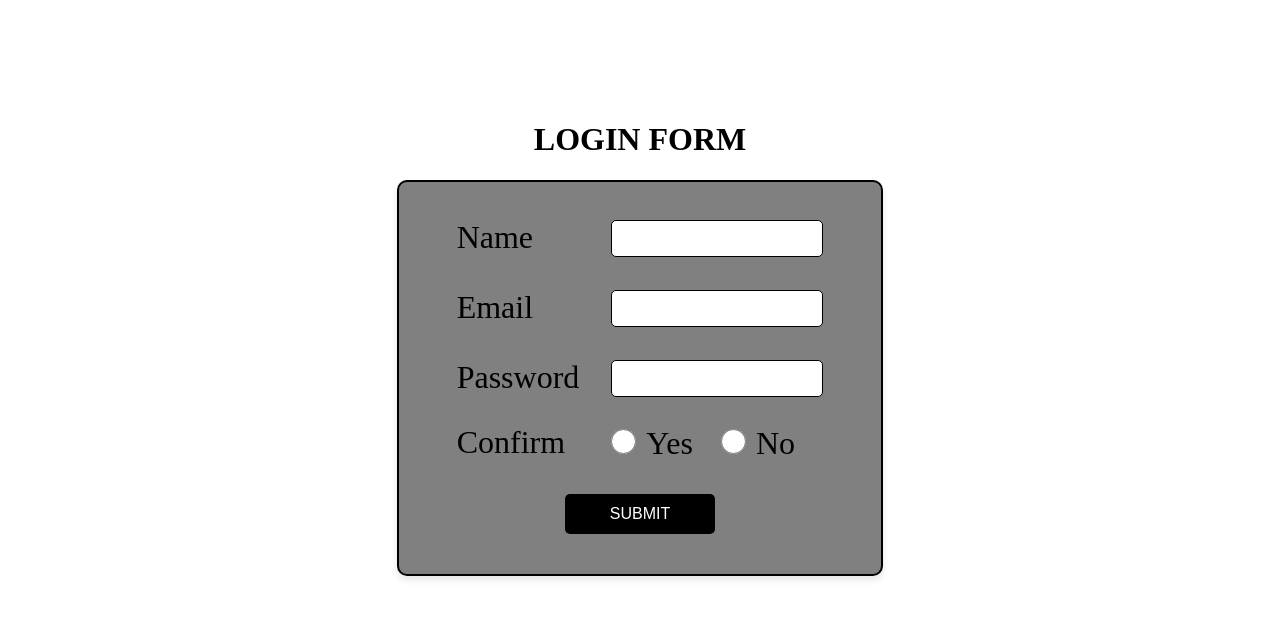
Repository: obusakthi539/Loginform
Page: Form.html
The author's editor kept a copy of each file at every save. The page is drawn from the files as they stood at one save, then again after a run of saves.
The browser window is 1280 px wide. The pictures show the whole page.

Above is the page before, as saved 2025-01-11 14:29:36.

After the next 2 saves:
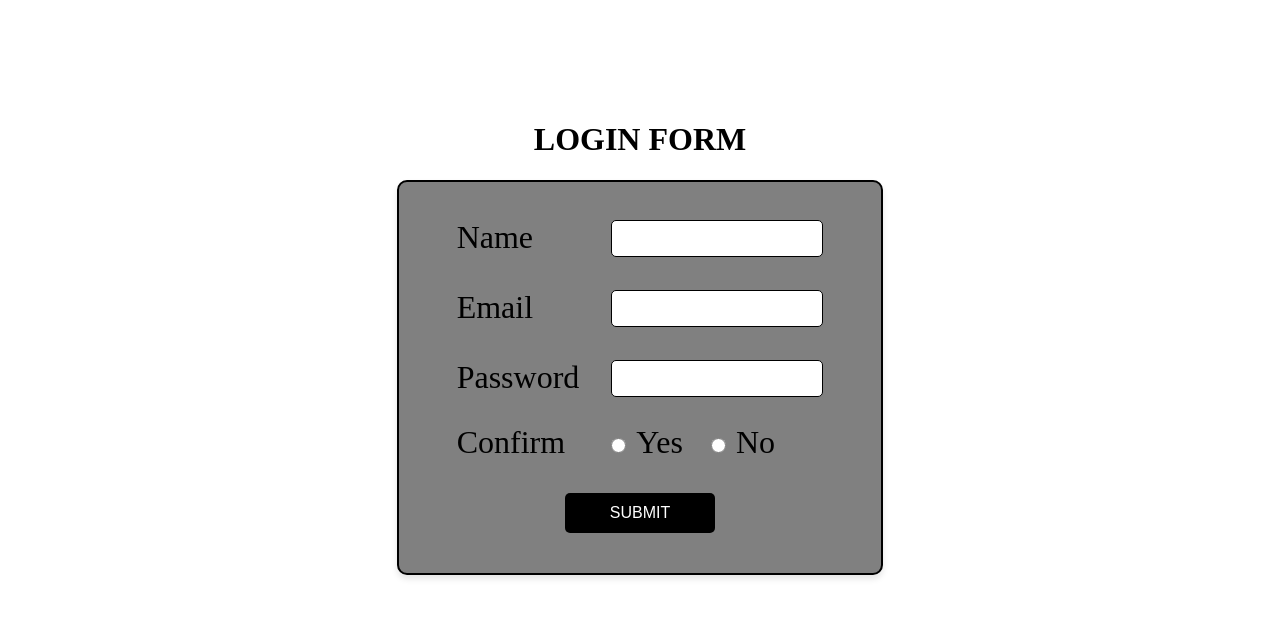
The 2 saves are shown as one change because they came seconds apart.
The last was saved 19 s later.
--- a/Form.html
+++ b/Form.html
@@ -32,8 +32,8 @@
             padding: 5px;
         }
         #i {
-            width: 25px;
-            height: 25px;
+            width: 15px;
+            height: 15px;
             margin-right: 10px;
         }
         button {
